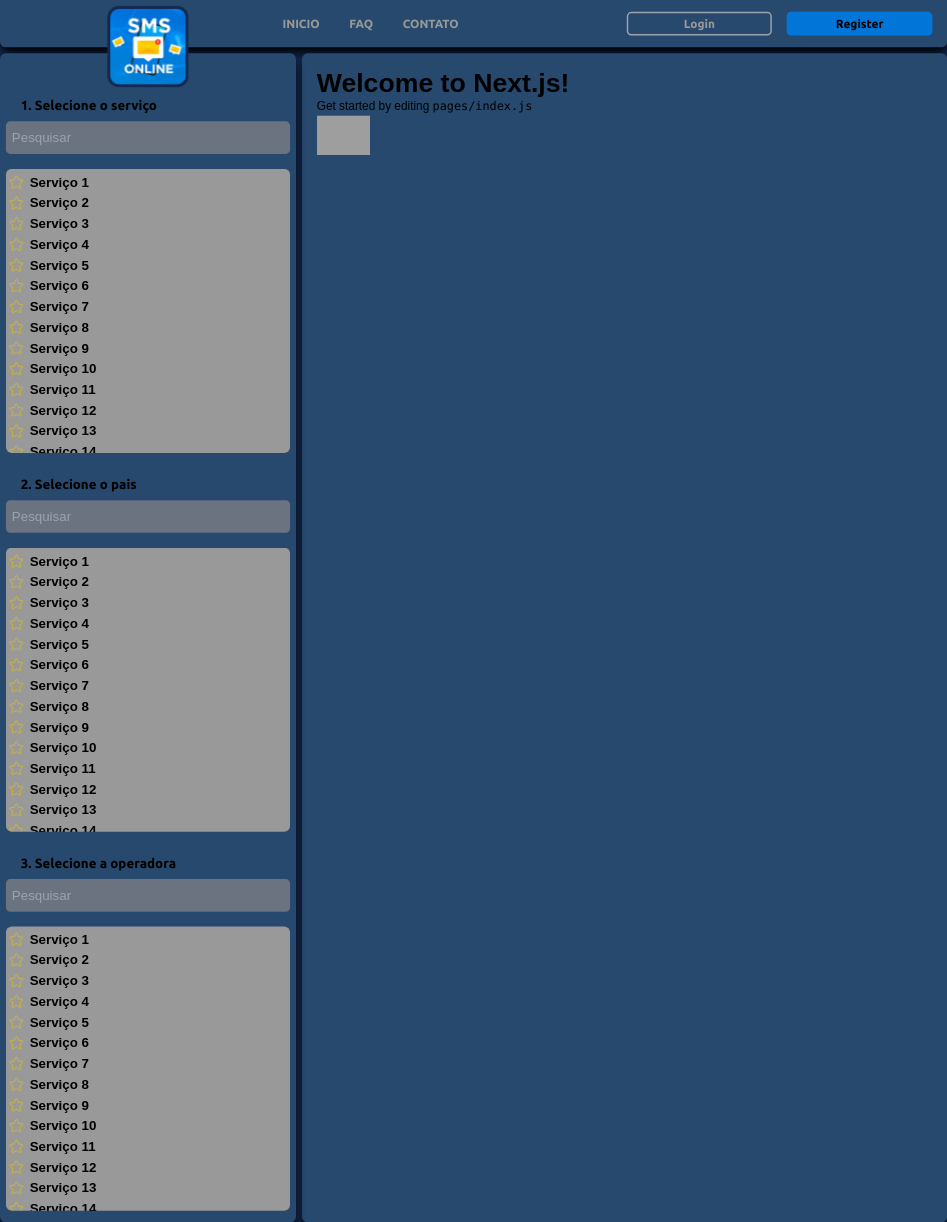
Repository: Felipe-Henrique-Dev/-DIOGO-SMS
Page: /
An editor plug-in stored every save of this project. The page is shown before and after the next save, followed by the edit.
The browser window is 1280 px wide. The pictures show the whole page, at 74% of full size.
Pictures or frames that could not be fetched are drawn as grey boxes. The project was rebuilt for these pictures with package versions that can differ from the ones it lists, and the page was loaded fresh each time. The framework's server and built-in components were replaced by stand-ins that run in the browser. Also part of the build but not shown: next.config.ts.

Above is the page before, as saved 2024-12-16 22:47:53.

### src/app/layout.tsx
import type { Metadata } from "next";
import "./globals.css";
import Header from "@/components/main/Header";
import Main from "@/components/main/Main";
import WebApp from "@/components/main/WebApp";



export const metadata: Metadata = {
  title: "Create Next App",
  description: "Generated by create next app",
};

export default function RootLayout({
  children,
}: Readonly<{
  children: React.ReactNode;
}>) {
  return (
    <html lang="pt-br">
      <body className={`antialiased`}>
        <Header />
        <Main>
          <WebApp />
          {children}
        </Main>
      </body>
    </html>
  );
}

### src/app/page.tsx
import Section from "@/components/main/Section";
import Image from "next/image";

export default function Home() {
  return (
    <Section>
      <h1 className="text-4xl font-bold text-center">Welcome to Next.js!</h1>
      <p className="text-center">
        Get started by editing <code>pages/index.js</code>
      </p>
      <Image
        src="/vercel.svg"
        alt="Vercel Logo"
        width={72}
        height={16}
      />
    </Section>
  );
}

### src/app/globals.css
@import url('https://fonts.googleapis.com/css2?family=Ubuntu:wght@500;700&display=swap');
@tailwind base;
@tailwind components;
@tailwind utilities;


:root {
  --background: hsl(220, 60%, 20%);
  --background-secondary: hsl(211, 47%, 29%);
  --tertiary: hsl(0, 0%, 60%);
  --primary_text: hsl(0, 0%, 100%);
  --foreground: #171717;
  --color-primary: #000;
  --color-secondary: hsl(208, 98%, 43%);
}


body {
  color: var(--tertiary);
  background: var(--background);
  font-family: Arial, Helvetica, sans-serif;
}

::-webkit-scrollbar {
  width: 8px;
  height: 10px;
}

::-webkit-scrollbar-track {
  background-color: var(--background);
}

::-webkit-scrollbar-thumb {
  background: var(--color-secondary);
  border-radius: 10px;
}

::-webkit-scrollbar-thumb:hover {
  background-color: var(--color-highlight-hover);
}

### src/components/main/Header.tsx
import React from "react";
import { Button } from "./Button";


export default function Header() {
  return (
    <header className="h-16 bg-background_secondary shadow-lg shadow-black max-w-screen-2xl m-auto top-0 items-center justify-between  flex rounded-b-lg px-5 z-[99] ">
        <span className="text-white text-lg w-1/4 font-bold"></span>
        <nav className="flex gap-10 uppercase font-bold font-ubuntu w-1/3 items-start ">
            <a href="#" className="">Inicio</a>
            <a href="#" className="">FAQ</a>
            <a href="#" className="">Contato</a>
        </nav>
        <div className="container flex justify-between items-center w-1/3 gap-5">
            <Button type="button" size="sm" className="text-tertiary" isLoading={false} bgColor="none">Login</Button>
            <Button type="button" size="sm" isLoading={false} bgColor="primary">
                Register
            </Button>
        </div>
    </header>
  );
}

### src/components/main/Main.tsx
import React from "react";

export default function Main({
  children,
}: Readonly<{
  children: React.ReactNode;
}>) {
  return (
    <main className="container max-w-screen-2xl mx-auto flex pt-2 gap-2 ">
      {children}
    </main>
  );
}

### src/components/main/WebApp.tsx
'use client'
import React from "react";
import { Input } from "./Input";
import { useForm } from "react-hook-form"
import Image from "next/image";
export default function WebApp() {
  const [selectService, setSelectService] = React.useState<{ title: string; valor: number; numberDispobilize: number; id: string } | null>(null);
  const [selectCountry, setSelectCountry] = React.useState<{ title: string; valor: number; numberDispobilize: number; id: string } | null>(null);
  const [selectOperator, setSelectOperator] = React.useState<{ title: string; valor: number; numberDispobilize: number; id: string } | null>(null);

  return (
    <aside className="min-w-[25rem] min-h-[90svh] shadow-lg shadow-black bg-background_secondary text-pri sticky left-0 top-[4.5rem] rounded-lg flex flex-col p-2 gap-5  pt-14 z-[999]">
      <Image src="/logo.webp" alt="Logo" width={110} height={110} className="rounded-2xl absolute -top-16 transform -translate-x-1/2 left-1/2 z-[99] border-4 border-background " />
      <Container subTitle="1. Selecione o serviço" list={list} select={selectService} setSelect={setSelectService} />
      <Container subTitle="2. Selecione o pais" list={list} select={selectCountry} setSelect={setSelectCountry} />
      <Container subTitle="3. Selecione a operadora" list={list} select={selectOperator} setSelect={setSelectOperator} />
    </aside>
  );
}


const Container = ({
  list,
  subTitle,
  select,
  setSelect
}: {
  subTitle: string;
  select?: { title: string; valor: number; numberDispobilize: number; id: string } | null;
  setSelect: React.Dispatch<React.SetStateAction<{ title: string; valor: number; numberDispobilize: number; id: string } | null>>;
  list: { title: string; valor: number; numberDispobilize: number; id: string }[];
}) => {
  const { register, watch } = useForm();
  const filter = (watch("filter") || "").toLowerCase();
  const [favorites, setFavorites] = React.useState<string[]>([]);
  const [loading, setLoading] = React.useState<boolean>(true);

  React.useEffect(() => {
    const storedFavorites = JSON.parse(localStorage.getItem("favorites") || "[]");
    setFavorites(storedFavorites);
    setLoading(false);
  }, []);

  const setFavoriteInStorage = (item: string) => {
    const newFavorites = favorites.includes(item)
      ? favorites.filter(favorite => favorite !== item)
      : [...favorites, item];

    setFavorites(newFavorites);
    localStorage.setItem("favorites", JSON.stringify(newFavorites));
  };

  // Primeiro filtrar e ordenar a lista antes do map
  const filteredAndSortedList = React.useMemo(() => {
    return list
      .filter(item => item.title.toLowerCase().includes(filter))
      .sort((a, b) => {
        const aFav = favorites.includes(a.id);
        const bFav = favorites.includes(b.id);
        if (aFav && !bFav) return -1;
        if (!aFav && bFav) return 1;
        return 0;
      });
  }, [list, filter, favorites]);

  if (loading) return <div>Carregando...</div>;

  return (
    <div className="flex flex-col gap-2  ">
      <span className="text-lg font-bold w-full text-start px-5 text-black font-ubuntu ">{subTitle}</span>
      {
        select ?
          <div className="flex w-full bg-slate-300 rounded-lg h-10 items-center justify-start px-5 gap-5 ">
            <button onClick={() => setSelect(null)} className="flex items-center justify-center gap-2 h-8 min-w-8 rounded-xl border-red-500 border-[1px] text-black">X</button>
            <span className="text-lg font-bold min-w-8 h-8 rounded-full text-center bg-white ">I</span>
            <span className="text-lg font-bold w-auto text-center">{select.title}</span>
          </div>
        :
        <>
          <Input type="text" placeholder="Pesquisar" size="lg" register={register("filter")} />
          <div className="h-96 bg-tertiary w-full my-2 overflow-x-auto scroll-smooth rounded-lg p-1 text-black ">
            {filteredAndSortedList.map((item) => (
              <div className="w-full flex items-center justify-start gap-2" key={item.id}>
                <Stars
                  stars={favorites.includes(item.id)}
                  setFavorite={() => setFavoriteInStorage(item.id)}
                />
                <button className="flex flex-col font-black" onClick={() => setSelect(item)}>
                  <span className="text-lg font-bold w-full text-center">{item.title}</span>
                </button>
              </div>
            ))}
          </div>
        </>
      }
    </div>
  );
};



const list = [
  {
    id: "1",
    title: "Serviço 1",
    valor: 10.00,
    numberDispobilize: 6000,
  },
  {
    id: "2",
    title: "Serviço 2",
    valor: 20.00,
    numberDispobilize: 5000,
  },
  {
    id: "3",
    title: "Serviço 3",
    valor: 30.00,
    numberDispobilize: 4000,
  },
  {
    id: "4",
    title: "Serviço 4",
    valor: 40.00,
    numberDispobilize: 3000,
  },
  {
    id: "5",
    title: "Serviço 5",
    valor: 50.00,
    numberDispobilize: 2000,
  },
  {
    id: "6",
    title: "Serviço 6",
    valor: 60.00,
    numberDispobilize: 1000,
  },
  {
    id: "7",
    title: "Serviço 7",
    valor: 70.00,
    numberDispobilize: 900,
  },
  {
    id: "8",
    title: "Serviço 8",
    valor: 80.00,
    numberDispobilize: 800,
  },
  {
    id: "9",
    title: "Serviço 9",
    valor: 90.00,
    numberDispobilize: 700,
  },
  {
    id: "10",
    title: "Serviço 10",
    valor: 100.00,
    numberDispobilize: 600,
  },
  {
    id: "11",
    title: "Serviço 11",
    valor: 110.00,
    numberDispobilize: 500,
  },
  {
    id: "12",
    title: "Serviço 12",
    valor: 120.00,
    numberDispobilize: 400,
  },
  {
    id: "13",
    title: "Serviço 13",
    valor: 130.00,
    numberDispobilize: 300,
  },
  {
    id: "14",
    title: "Serviço 14",
    valor: 140.00,
    numberDispobilize: 200,
  },
  {
    id: "15",
    title: "Serviço 15",
    valor: 150.00,
    numberDispobilize: 100,
  }
];

const Stars = ({stars, setFavorite} : {stars: boolean, setFavorite: () => void}) => {
  return (
      <>
          {
              !stars?
              <svg width="20" height="20" viewBox="0 0 13 12" fill="none" xmlns="http://www.w3.org/2000/svg" onClick={setFavorite} className="cursor-pointer" >
                  <path d="M6.49956 9.51326L9.26623 11.1866C9.77289 11.4933 10.3929 11.0399 10.2596 10.4666L9.52623 7.31992L11.9729 5.19993C12.4196 4.81326 12.1796 4.07993 11.5929 4.03326L8.37289 3.75993L7.11289 0.786592C6.88623 0.246592 6.11289 0.246592 5.88623 0.786592L4.62623 3.75326L1.40623 4.02659C0.81956 4.07326 0.57956 4.80659 1.02623 5.19326L3.47289 7.31326L2.73956 10.4599C2.60623 11.0333 3.22623 11.4866 3.73289 11.1799L6.49956 9.51326Z" fill="none" stroke="#EFC900" strokeWidth="0.5"/>
              </svg>
              :
              <svg width="20" height="20" viewBox="0 0 13 12" fill="none" xmlns="http://www.w3.org/2000/svg" onClick={setFavorite} className="cursor-pointer">
                  <path d="M6.49956 9.51326L9.26623 11.1866C9.77289 11.4933 10.3929 11.0399 10.2596 10.4666L9.52623 7.31992L11.9729 5.19993C12.4196 4.81326 12.1796 4.07993 11.5929 4.03326L8.37289 3.75993L7.11289 0.786592C6.88623 0.246592 6.11289 0.246592 5.88623 0.786592L4.62623 3.75326L1.40623 4.02659C0.81956 4.07326 0.57956 4.80659 1.02623 5.19326L3.47289 7.31326L2.73956 10.4599C2.60623 11.0333 3.22623 11.4866 3.73289 11.1799L6.49956 9.51326Z" fill="#EFC900"/>
              </svg>
          }
      </>
  );
}

### src/components/main/Section.tsx
import { cn } from "@/lib/utils";
import React from "react";

export default function Section({
  children,
  className
}: Readonly<{
  children: React.ReactNode;
  className?: string;
}>) {
  return (
    <section className={cn(
      "p-5 flex flex-col min-h-[90svh] bg-background_secondary w-full text-black items-start justify-start rounded-lg shadow-lg shadow-black",
      className
    )}>
      {children}
    </section>
  );
}

### src/components/main/Button.tsx
/* eslint-disable @typescript-eslint/no-explicit-any */
import { cn } from "@/lib/utils";
import React from "react";

export const Button = ({
    className,
    size = "md",
    onClick,
    children,
    type,
    isLoading,
    bgColor = "primary",
}:{
    type: 'button' | 'submit' | 'reset';
    onClick?: (event: React.MouseEvent<HTMLButtonElement>) => void;
    className?: string;
    children: React.ReactNode;
    size?: "sm" | "md" | "lg";
    isLoading: boolean;
    bgColor?: "primary" | "secondary" | "danger" | "none";
}) => {

    const sizes = {
        sm: "w-1/2 h-8 text-base",
        md: "w-3/4 h-10 text-lg",
        lg: "w-full h-14 text-xl",
    };

    const bgColors = {
        primary: "bg-secondary text-black",
        secondary: "bg-gray-500 text-white",
        danger: "bg-red-500 text-white",
        none: "bg-transparent text-black border-gray-400 border-2 "
    };

    return (
        <button
            type={type}
            onClick={onClick}
            className={cn(
                "p-2 rounded-md relative flex items-center justify-center font-bold font-ubuntu hover:scale-105 transition-transform duration-300",
                bgColors[bgColor],
                sizes[size],
                className
            )}
            disabled={isLoading}
        >
            {
                isLoading ? loading() : children
            }
        </button>
    );
}


const loading = () => {
    return (
        <div className="absolute inset-0 bg-gray-300 bg-opacity-50 flex items-center justify-center">
            <div className="animate-spin rounded-full h-12 w-12 border-t-2 border-b-2 border-gray-900"></div>
        </div>
    );
}

### src/components/main/Input.tsx
/* eslint-disable @typescript-eslint/no-unused-vars */
/* eslint-disable @typescript-eslint/no-explicit-any */
import { cn } from "@/lib/utils";
import React from "react";

export const Input = ({
    type,
    placeholder,
    classNameSpan,
    classNameLabel,
    classNameInput,
    label,
    size = "md",
    icon,
    register,
    bgColor = "secondary",
    labelIsHidden = false,
    name
}:{
    type: 'text' | 'password' | 'email';
    placeholder: string;
    classNameSpan?: string;
    classNameLabel?: string;
    classNameInput?: string;
    size?: "sm" | "md" | "lg";
    icon?: React.ReactNode;
    register?: any;
    label?: string;
    bgColor?: "primary" | "secondary" | "danger" | "none";
    labelIsHidden?: boolean;
    name?: string;
}) => {

    const sizes = {
        sm: "w-1/2 h-8 text-sm",
        md: "w-3/4 h-10 text-base",
        lg: "w-full h-12 text-lg",
    };

    const bgColors = {
        primary: "bg-blue-500 text-black",
        secondary: "bg-gray-500 text-black",
        danger: "bg-red-500 text-black",
        none: "bg-transparent text-black border-gray-300 border-2"
    };


    return (
        <span className={cn(
                "relative flex flex-col",
                sizes[size],
                classNameSpan,
        )}>
            {
                labelIsHidden &&
                <label className={cn(
                    classNameLabel
                )} >
                    {label}
                </label>
            }
            <input
                type={type}
                placeholder={placeholder}
                {...register}
                className={cn(
                    "p-2 rounded-md relative w-full",
                    classNameInput,
                    bgColors[bgColor]
                )}
            />
            {icon}
        </span>

    );
}

### tailwind.config.ts
import type { Config } from "tailwindcss";

export default {
  content: [
    "./src/pages/**/*.{js,ts,jsx,tsx,mdx}",
    "./src/components/**/*.{js,ts,jsx,tsx,mdx}",
    "./src/app/**/*.{js,ts,jsx,tsx,mdx}",
  ],
  theme: {
    extend: {
      colors: {
        background: "var(--background)",
        foreground: "var(--foreground)",
        background_secondary: "var(--background-secondary)",
        primary: "var(--primary)",
        secondary: "var(--color-secondary)",
        tertiary: "var(--tertiary)",

      },
      background : {
        background: "var(--background)",
        background_secondary: "var(--background-secondary)",
        foreground: "var(--foreground)",
      },
      fontFamily: {
        ubuntu: ["Ubuntu", "sans-serif"],
      },
    },
  },
  plugins: [],
} satisfies Config;


// .ubuntu-light {
//   font-family: "Ubuntu", sans-serif;
//   font-weight: 300;
//   font-style: normal;
// }

// .ubuntu-regular {
//   font-family: "Ubuntu", sans-serif;
//   font-weight: 400;
//   font-style: normal;
// }

// .ubuntu-medium {
//   font-family: "Ubuntu", sans-serif;
//   font-weight: 500;
//   font-style: normal;
// }

// .ubuntu-bold {
//   font-family: "Ubuntu", sans-serif;
//   font-weight: 700;
//   font-style: normal;
// }

// .ubuntu-light-italic {
//   font-family: "Ubuntu", sans-serif;
//   font-weight: 300;
//   font-style: italic;
// }

// .ubuntu-regular-italic {
//   font-family: "Ubuntu", sans-serif;
//   font-weight: 400;
//   font-style: italic;
// }

// .ubuntu-medium-italic {
//   font-family: "Ubuntu", sans-serif;
//   font-weight: 500;
//   font-style: italic;
// }

// .ubuntu-bold-italic {
//   font-family: "Ubuntu", sans-serif;
//   font-weight: 700;
//   font-style: italic;
// }

Loaded but not shown: src/lib/utils.ts (common file)

After the next save:
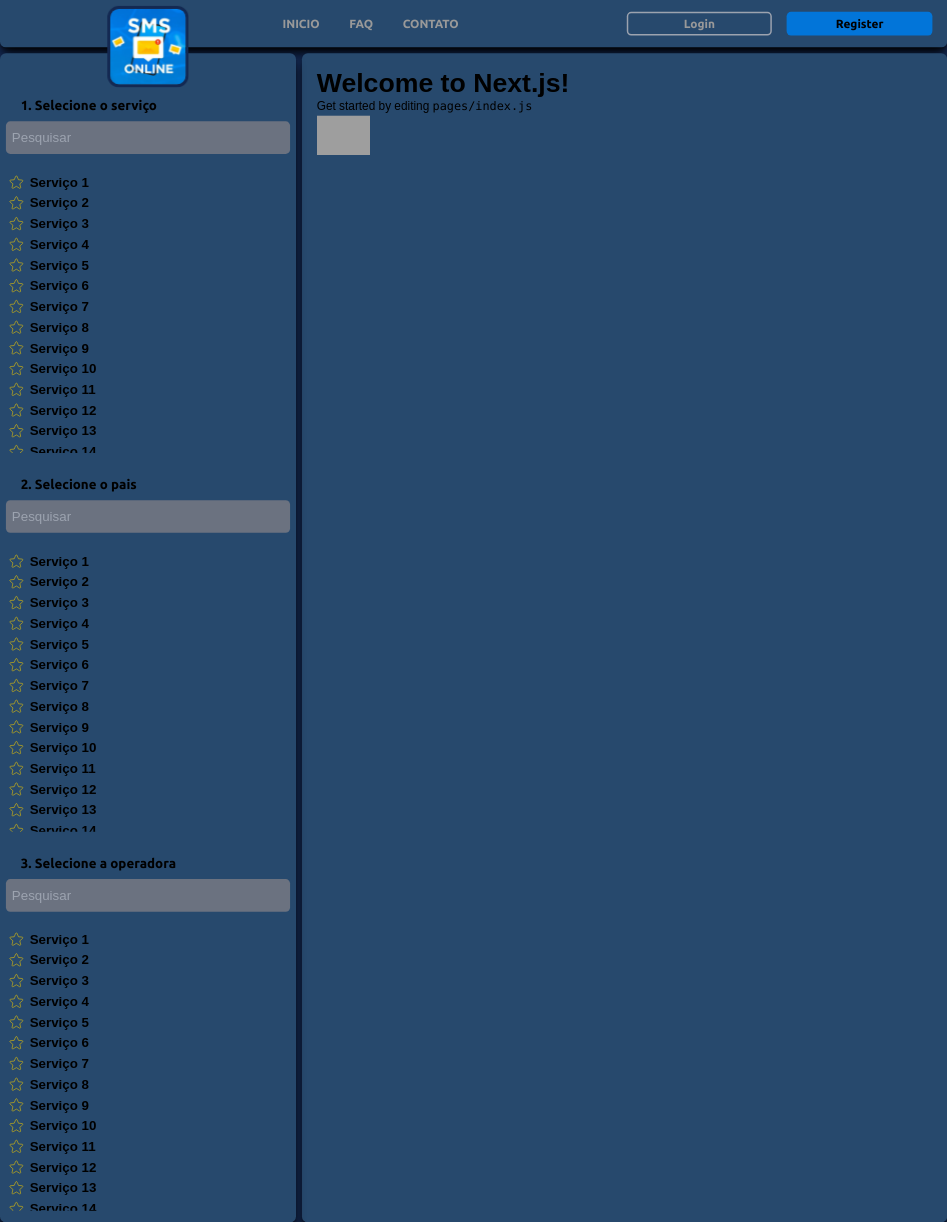
Saved 13 s later.
--- a/src/components/main/WebApp.tsx
+++ b/src/components/main/WebApp.tsx
@@ -78,7 +78,7 @@ const Container = ({
         :
         <>
           <Input type="text" placeholder="Pesquisar" size="lg" register={register("filter")} />
-          <div className="h-96 bg-tertiary w-full my-2 overflow-x-auto scroll-smooth rounded-lg p-1 text-black ">
+          <div className="h-96 w-full my-2 overflow-x-auto scroll-smooth rounded-lg p-1 text-black ">
             {filteredAndSortedList.map((item) => (
               <div className="w-full flex items-center justify-start gap-2" key={item.id}>
                 <Stars
